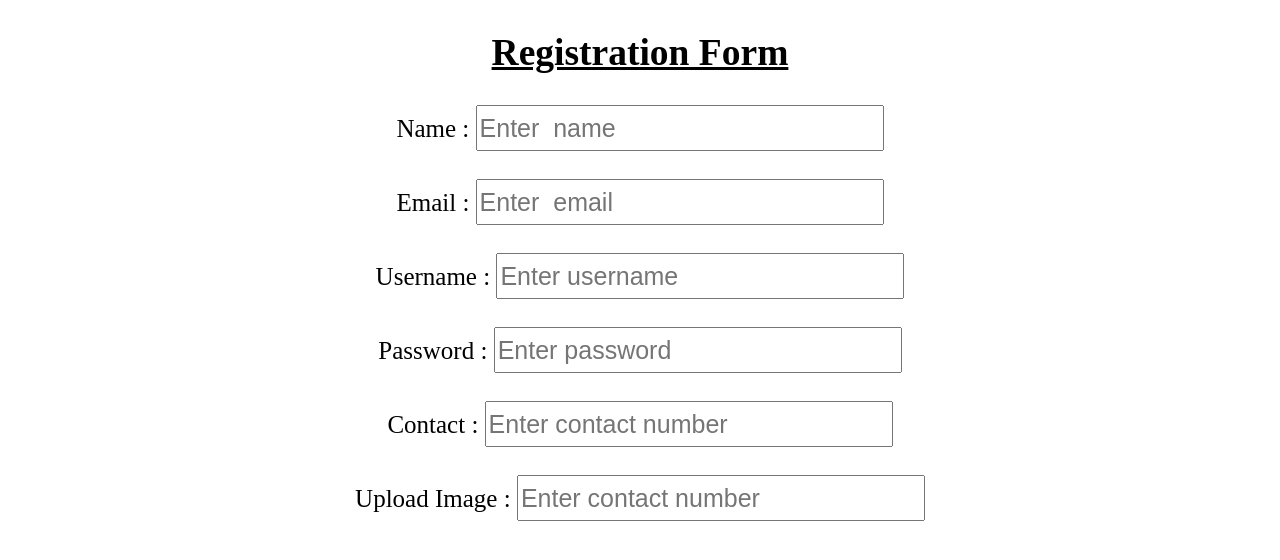
Repository: umeshkumarchamp/SpringMVC
Page: http://localhost/webapp/WEB-INF/views/home.jsp
An editor plug-in stored every save of this project. The page is shown before and after the next save, followed by the edit.
The browser window is 1280 px wide. The pictures show the whole page.
The page is served by Tomcat 9. Nobody is signed in. Other server files are loaded and not shown. The template is opened directly, without the code that normally fills it, so the values that code supplies are empty.

Above is the page before, as saved 2023-11-23 05:57:23.

### webapp/src/main/webapp/WEB-INF/views/home.jsp
<%@page contentType="text/html" pageEncoding="UTF-8"%>
<!DOCTYPE HTML PUBLIC "-//W3C//DTD HTML 4.01 Transitional//EN"
   "http://www.w3.org/TR/html4/loose.dtd">

<html>
<head>
<meta http-equiv="Content-Type" content="text/html; charset=UTF-8">
<title>Home</title>
</head>
<body style="font-size: 25px;">
	<form style="text-align: center">
		<h2>
			<u>Registration Form</u>
		</h2>
		<label>Name : </label> <input type="text" name="name" value=""
			style="font-size: 25px; width: 400px; height: 40px;"
			placeholder="Enter  name " /><br>
		<br> <label>Email : </label> <input type="email" name="email"
			value="" style="font-size: 25px; width: 400px; height: 40px;"
			placeholder="Enter  email" /><br>
		<br> <label>Username : </label> <input type="text"
			name="username" value=""
			style="font-size: 25px; width: 400px; height: 40px;"
			placeholder="Enter username " /><br>
		<br> <label>Password : </label> <input type="password"
			name="password" value=""
			style="font-size: 25px; width: 400px; height: 40px;"
			placeholder="Enter password " /><br>
		<br> <label>Contact : </label> <input type="number"
			name="contact" value=""
			style="font-size: 25px; width: 400px; height: 40px;"
			placeholder="Enter contact number " /><br>
		<br> <label>Upload Image : </label> <input type="fiile"
			name="contact" value=""
			style="font-size: 25px; width: 400px; height: 40px;"
			placeholder="Enter contact number " /><br>
		<br>

	</form>
</body>
</html>

After the next save:
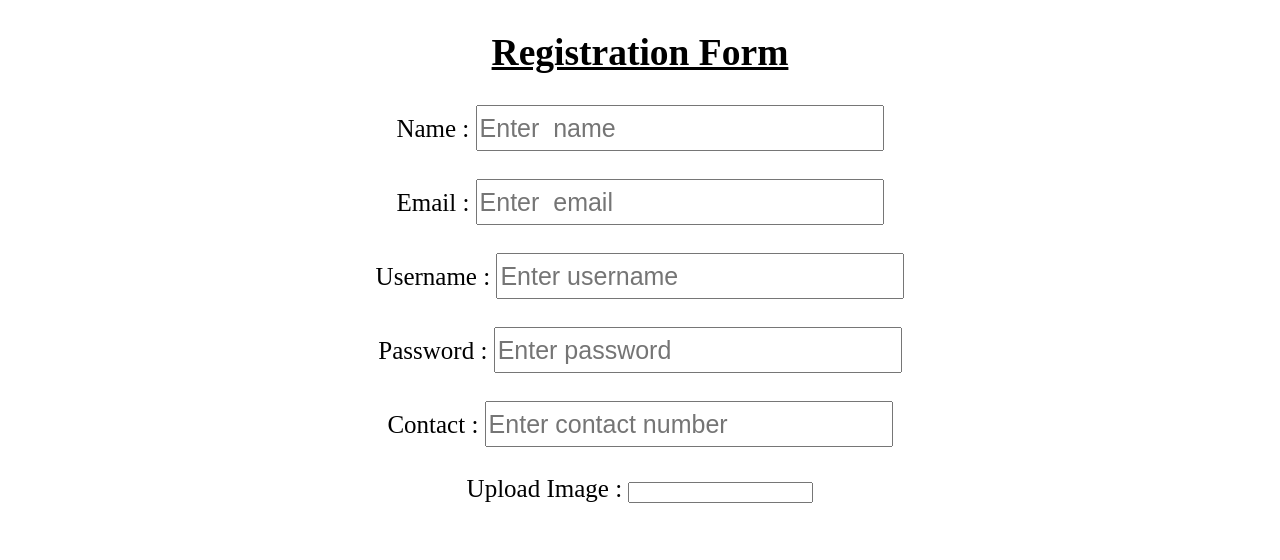
Saved 14 s later.
--- a/webapp/src/main/webapp/WEB-INF/views/home.jsp
+++ b/webapp/src/main/webapp/WEB-INF/views/home.jsp
@@ -30,10 +30,7 @@
 			name="contact" value=""
 			style="font-size: 25px; width: 400px; height: 40px;"
 			placeholder="Enter contact number " /><br>
-		<br> <label>Upload Image : </label> <input type="fiile"
-			name="contact" value=""
-			style="font-size: 25px; width: 400px; height: 40px;"
-			placeholder="Enter contact number " /><br>
+		<br> <label>Upload Image : </label> <input type="fiile"/><br>
 		<br>
 
 	</form>
